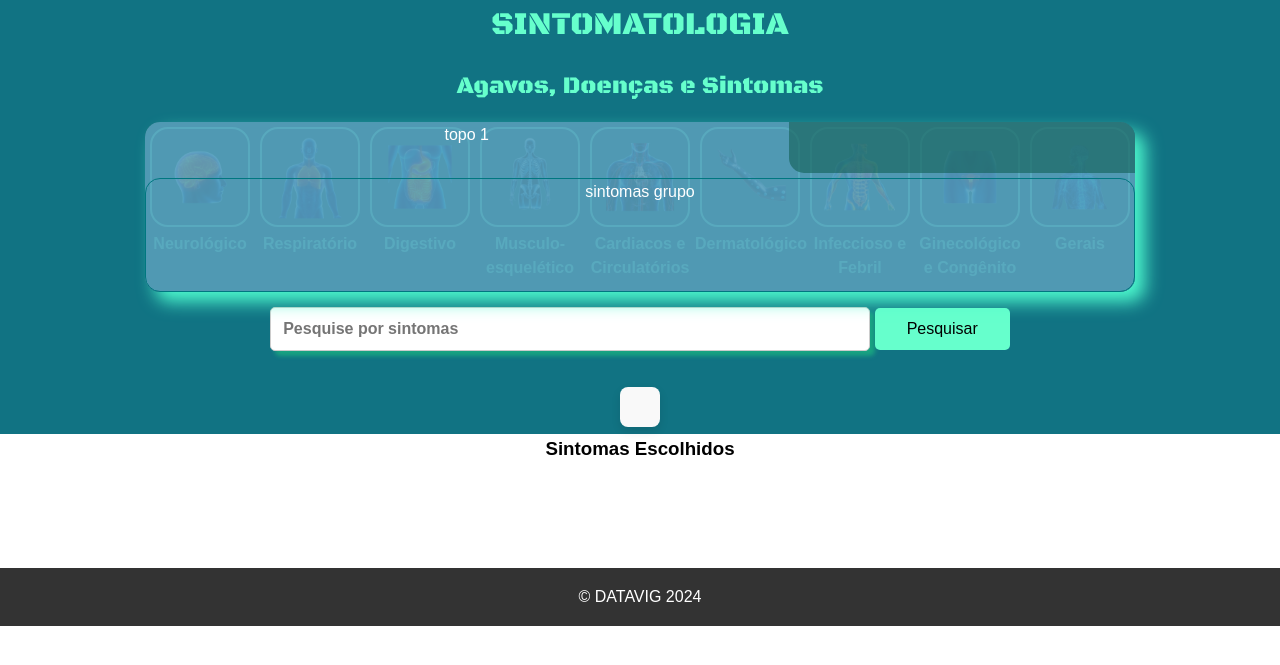
Repository: br-on/vigia
Page: index.html
These files come from the project's save history. The page is drawn as it stood at one moment and after the next save; the edit follows.
The browser window is 1280 px wide. The pictures show the whole page.
Some web fonts or font styles are not loaded; a fallback is used.

Above is the page before, as saved 2024-09-16 20:53:16.

### index.html
<!DOCTYPE html>
<html lang="pt-br">
<head>
  <meta charset="UTF-8">
  <meta name="viewport" content="width=device-width, initial-scale=1.0">
  <title>IA VIGILÂNCIA</title>
  <link rel="stylesheet" href="assets/style/style.css">
</head>
<body>
  <nav>
  </nav>
  <header class="search">
    <h1 class="black-ops-one-regular">SINTOMATOLOGIA</h1>
    <h2 class="black-ops-one-regular">Agavos, Doenças e Sintomas</h2>

    <div class="grupos-sintomas">

      <div class="base-div">
      <div id="neurologicos" class="grupo"><div class="grupo-sintoma"><img src="/assets/img/grupos/neurologico.png" alt=""></div><div class="nome-grupo electrolize-regular">Neurológico</div></div>
      <div id="respiratorios" class="grupo"><div class="grupo-sintoma"><img src="assets/img/grupos/respiratorio.png" alt=""></div><div class="nome-grupo electrolize-regular">Respiratório</div></div>
      <div id="digestivos" class="grupo"><div class="grupo-sintoma"><img src="assets/img/grupos/digestivo.png" alt=""></div><div class="nome-grupo electrolize-regular">Digestivo</div></div>
      <div id="musculoesqueleticos" class="grupo"><div class="grupo-sintoma"><img src="assets/img/grupos/musculoesqueletico.png" alt=""></div><div class="nome-grupo electrolize-regular">Musculo- esquelético</div></div>
      <div id="cardiacos-circulatorios" class="grupo"><div class="grupo-sintoma"><img src="assets/img/grupos/cardiaco.png" alt=""></div><div class="nome-grupo electrolize-regular">Cardiacos e Circulatórios</div></div>
      <div id="dermatologicos" class="grupo"><div class="grupo-sintoma"><img src="assets/img/grupos/dermatologico.png" alt=""></div><div class="nome-grupo electrolize-regular">Dermatológico</div></div>
      <div id="infecciosos-febris" class="grupo"><div class="grupo-sintoma"><img src="assets/img/grupos/infecciosofebril.png" alt=""></div><div class="nome-grupo electrolize-regular">Infeccioso e Febril</div></div>
      <div id="ginecologicos-congenitos" class="grupo"><div class="grupo-sintoma"><img src="assets/img/grupos/ginecologicocongentia.png" alt=""></div><div class="nome-grupo electrolize-regular">Ginecológico e Congênito</div></div>
      <div id="sistemicos-gerais" class="grupo"><div class="grupo-sintoma"><img src="assets/img/grupos/gerais.png" alt=""></div><div class="nome-grupo electrolize-regular">Gerais</div></div>
      </div>

      <div class="overlay-div">
        <div class="top-overlay-div">
          <div class="top-1">topo 1</div>
          <div class="top-2">

          </div>
        </div>
        <div class="sintomas-grupo">
        sintomas grupo
        </div>
      </div>


    </div><br>
    <input type="text" placeholder="Pesquise por sintomas" class="electrolize-regular" id="campo-pesquisa">
    <button onclick="pesquisar()">Pesquisar</button>
    <br>
    <div id="resultados-pesquisa" class="resultado-pesquisa-sintomas"></div>
  </header>
  <main>
    <center><h3>Sintomas Escolhidos</h3></center>
    <div id="sintomas-escolhidos">
      <!-- Sintomas escolhidos serão exibidos aqui -->
    </div>
    <br><br>
    <div id="resultados-doencas">
      <!-- Resultados das doenças serão exibidos aqui -->
    </div>
    <br><br>

  </main>
  <footer>
    <p>&copy; DATAVIG 2024</p>
  </footer>

  <script src="assets/script/sintomas.js"></script>
  <script src="assets/script/data.js"></script>
  <script src="assets/script/app.js"></script>
</body>
</html>

### assets/style/style.css
@import url('https://fonts.googleapis.com/css2?family=Black+Ops+One&display=swap');
@import url('https://fonts.googleapis.com/css2?family=Electrolize&display=swap');

* {
    margin: 0;
    padding: 0;
}

.black-ops-one-regular {
  font-family: "Black Ops One", system-ui;
  font-weight: 400;
  font-style: normal;
}

.electrolize-regular {
  font-family: "Electrolize", sans-serif;
  font-weight: 600;
  font-style: normal;
}

/* Estilos globais */
* {
    margin: 0;
    padding: 0;
    box-sizing: border-box;
}

html, body {
    height: 100%;
}

body {
    font-family: Arial, sans-serif;
    line-height: 1.6;
    margin: 0;
    padding: 0;

}

header, nav, footer {
    background-color: #333;
    color: #fff;
    text-align: center;
}

main {
    flex: 1;
}

h1, h2 {
    color: #66ffcc;
    margin-bottom: 1rem;
}

/* Estilo para o formulário de pesquisa */
.search {
    text-align: center;
    background-color: #117383;
}

.search input[type="text"] {
    margin-top: 15px;
    width: 600px;
    padding: 0.75rem;
    margin-bottom: 1rem;
    border: 1px solid #ccc;
    border-radius: 5px;
    font-size: 1rem;
    box-shadow: 5px 5px 4.5px #19a381;
}

.search button {
    padding: 0.75rem 2rem;
    background-color: #66ffcc;
    color: #000;
    border: none;
    border-radius: 5px;
    cursor: pointer;
    font-size: 1rem;
}

.search button:hover {
    background-color: #29a67c;
    color: rgb(255, 255, 255);
}

/* Estilo para resultados */
.results {
    padding: 2rem;
    background-color: #fff;
    text-align: center;
}

/* Estilo do rodapé */

footer {
    background-color: #333;
    color: white;
    padding: 1rem;
    text-align: center;
    position: relative;
    bottom: 0;
    width: 100%;
}

/* Media Queries para telas menores */
@media (max-width: 768px) {
    .search input[type="text"] {
        width: 95%;
    }

    .search button {
        width: 100%;
        margin-top: 1rem;
    }
}

@media (max-width: 480px) {
    h1 {
        font-size: 2rem;
    }

    h2 {
        font-size: 1.5rem;
    }

    footer {
        font-size: 0.9rem;
    }
}

/* Container principal dos resultados */
#resultados-pesquisa {

    max-height: 80vh; /* Limita a altura para que os resultados não ocupem a tela inteira */
    overflow-y: auto; /* Ativa a barra de rolagem vertical */
    padding: 20px;
    margin-top: 20px;
    border-radius: 8px;
    box-shadow: 0px 4px 10px rgba(0, 0, 0, 0.1); /* Sombra suave */
    background-color: #f9f9f9; /* Fundo claro */
}

/* Estilo dos itens de resultado */
.item-resultado {
    border: 3px solid #e0e0e0; /* Borda leve ao redor do item */
    border-radius: 8px; /* Bordas arredondadas */
    padding: 20px; /* Espaçamento interno */
    margin-bottom: 20px; /* Espaçamento entre os itens */
    background-color: #fff; /* Fundo branco para o item */
    box-shadow: 0px 4px 8px rgba(0, 0, 0, 0.05); /* Sombra leve */
    transition: transform 0.3s ease, box-shadow 0.3s ease; /* Transição suave */
}

/* Efeito hover nos itens */
.item-resultado:hover {
    transform: translateY(-5px); /* Eleva o item ao passar o mouse */
    box-shadow: 0px 6px 12px rgba(0, 0, 0, 0.15); /* Aumenta a sombra ao passar o mouse */
}

/* Título do item */
.item-resultado h2 {
    font-size: 1.8rem;
    margin-bottom: 10px;
    color: #333; /* Cor mais escura para o título */
    font-weight: bold;
}

/* Subtítulos (Descrição, Sintomas, etc.) */
.item-resultado h4 {
    font-size: 1.2rem;
    margin-top: 15px;
    margin-bottom: 8px;
    color: #555; /* Cor intermediária */
}

/* Texto descritivo */
.item-resultado .descricao-meta {
    font-size: 1rem;
    line-height: 1.5; /* Facilita a leitura */
    color: #666; /* Cor do texto */
    margin-bottom: 15px;
}

/* Links */
.item-resultado a {
    font-size: 1rem;
    color: #007bff; /* Cor azul padrão */
    text-decoration: none;
}

.item-resultado a:hover {
    text-decoration: underline; /* Sublinha ao passar o mouse */
}

/* Barra de rolagem estilizada */
#resultados-pesquisa::-webkit-scrollbar {
    width: 8px;
}

#resultados-pesquisa::-webkit-scrollbar-thumb {
    background-color: #888;
    border-radius: 10px;
}

#resultados-pesquisa::-webkit-scrollbar-thumb:hover {
    background-color: #555;
}


/* Adicione isto ao seu arquivo CSS */
#filtros-sintomas {
    width: 90%;
    margin: 0 auto; /* Centraliza a div horizontalmente */
    display: flex;
    flex-wrap: wrap; /* Faz com que os itens quebrem para a linha seguinte */
    gap: 10px; /* Espaço entre os itens */
    box-sizing: border-box;
}

#filtros-sintomas label {
    display: flex;
    align-items: center;
    margin-right: 10px; /* Espaço entre os labels */

}


.sintoma-item {
    padding: 10px;
    margin: 5px 0;
    border-radius: 5px;
    cursor: pointer;
    margin: 2px;
}

.sintoma-item:hover {
    opacity: 0.8;
}

#sintomas-escolhidos {
    display: inline-flex;
    flex-wrap: wrap;
    margin-top: 20px;
}

.sintoma-escolhido {
    background-color: #d4edda; /* Cor de fundo verde clara */
    border: 1px solid #c3e6cb;
    padding: 10px;
    margin: 5px 0;
    border-radius: 5px;
}

.resultado-pesquisa-sintomas {
    display: inline-flex;
    flex-wrap: wrap;
    align-items: center;
    justify-content: center;
}

.grupos-sintomas {
    position: relative;
    margin: 0 auto;
    display: inline-flex;
    flex-wrap: wrap;
    justify-content: center;
    align-items: flex-start;
    min-height: 170px;
    background-color: #0f5c5093;
    border-radius: 15px;
    box-shadow: 10px 10px 17px #4cf8cd;
}

/* Media Queries para telas menores */
@media (max-width: 768px) {
    .grupos-sintomas {
        width: 94.5%;
    }
}

.grupo:hover {
    cursor: pointer;
    .nome-grupo {
        margin-top: 18px;
        background-color: hsl(29, 100%, 42%);
    }
    .grupo-sintoma {
        height: 90px;
        width: 90px;
        transition: 0.5s;
        cursor: pointer;
        border-radius: 50%;
        background-color: hsl(29, 100%, 42%);
    }
  }
.grupo-sintoma {
    display: flex;
    justify-content: center;
    align-items: center;
    margin: 5px;
    width: 100px;
    height: 100px;
    border-radius: 18px;
    border: solid 2.5px #66ffcc;
}

.grupo-sintoma img {
    width: 90px;
    height: 90px;
    transition: width 0.3s ease-in-out, height 0.3s ease-in-out;
}

.grupo-sintoma img:hover {
    height: 130px;
    width: 130px;
    transition: all 0.5s ease; /* Suavizando a transição */
}

.nome-grupo {
    max-width: 110px;
    font-size: 1em;
    color: #66ffcc;
    line-height: 1.5;

}


/* background-color dos nomes dos grupos */
/* sem utilidade no momento */
    .bg-neurologicos {background-color: #88490d; }
    .bg-respiratorios {background-color: #26B63E; }
    .bg-digestivos {background-color: #060270;}
    .bg-musculoesqueleticos {background-color: #632e2e;}
    .bg-cardiacos-circulatorios {background-color: #D20103;}
    .bg-dermatologicos {background-color: #c63de9;}
    .bg-infecciosos-febris {background-color: #4419AA;}
    .bg-ginecologicos-congenitos {background-color: #3b0a49;}
    .bg-sistemicos-gerais {background-color: #2B5D9C;}


.base-div {
        display: inline-flex;
        flex-wrap: wrap;

        /* A altura será variável de acordo com o conteúdo */
}

.overlay-div {
    position: absolute;
    display: flex;
    flex-direction: column;
    width: 100%; /* A largura da div sobreposta será igual à da div base */
    height: 100%; /* A altura será igual à div base */
    background-color: rgba(87, 160, 189, 0.897); /* Cor com transparência */
    border-radius: 15px;
    transition: opacity 0.3s ease-in-out; /* Suavizando a transição de opacidade */
    //display: none;
}

.overlay-div[style*="display: flex"] {
    opacity: 1;
}

.top-overlay-div {
    height: 30%;
    display: flex;
}

.top-overlay-div .top-1 {
    width:65%;
}
.top-overlay-div .top-2 {
    width: 35%;
    background-color: #0f5c5093;
    border-bottom-left-radius: 15px;
    border-top-right-radius: 15px;
    display: flex;
    justify-content: center;cursor: pointer; /* Sinalizando que a div é clicável */
    transition: transform 0.3s ease-in-out; /* Transição suave ao mover para a top-2 */
}
.sintomas-grupo {
    border: solid 1px rgb(0, 119, 128);
    border-radius: 15px;
    margin-top: 5px;
    height: calc(70% - 5px);
}

### assets/script/app.js
document.addEventListener('DOMContentLoaded', function () {
    // Carregar sintomas iniciais (se necessário)
});

// Função para exibir os sintomas ao clicar em um grupo
function exibirSintomasPorGrupo(grupoId) {
    let resultadosSintomasDiv = document.getElementById("resultados-pesquisa");
    resultadosSintomasDiv.innerHTML = ""; // Limpar resultados anteriores

    // Obter sintomas já escolhidos
    let sintomasEscolhidos = Array.from(document.getElementById("sintomas-escolhidos").children)
        .map(div => div.textContent);

    // Filtrar sintomas pelo grupo clicado e que não foram escolhidos
    let sintomasEncontrados = dataSintomas.filter(sintoma =>
        sintoma.grupo_sintoma.toLowerCase() === grupoId.toLowerCase() &&
        !sintomasEscolhidos.includes(sintoma.titulo_sintoma)
    );

    if (sintomasEncontrados.length > 0) {
        sintomasEncontrados.forEach(sintoma => {
            let divSintoma = document.createElement('div');
            divSintoma.className = 'sintoma-item';
            divSintoma.style.backgroundColor = coresPorGrupo[grupoId.toLowerCase()] || '#ccc';
            divSintoma.textContent = sintoma.titulo_sintoma;
            divSintoma.addEventListener('click', () => adicionarSintomaEscolhido(sintoma, grupoId));
            resultadosSintomasDiv.appendChild(divSintoma);
        });
    } else {
        resultadosSintomasDiv.innerHTML = '<p>Nenhum sintoma encontrado para este grupo.</p>';
    }
}


// Função para configurar o clique nos grupos
function configurarEventosDeCliqueNosGrupos() {
    // Seleciona todas as divs de grupos de sintomas
    const grupos = document.querySelectorAll('.grupo');

    // Adiciona o evento de clique para cada grupo
    grupos.forEach(grupo => {
        grupo.addEventListener('click', () => {
            exibirSintomasPorGrupo(grupo.id); // Exibe sintomas ao clicar no grupo
        });
    });
}

// Chama essa função quando a página carrega
window.onload = configurarEventosDeCliqueNosGrupos;

// Função do botão pesquisar
function pesquisar() {
    let campoPesquisa = document.getElementById("campo-pesquisa").value.toLowerCase();
    let resultadosSintomasDiv = document.getElementById("resultados-pesquisa");
    resultadosSintomasDiv.innerHTML = ""; // Limpar resultados anteriores

    // Obter sintomas já escolhidos
    let sintomasEscolhidos = Array.from(document.getElementById("sintomas-escolhidos").children)
        .map(div => div.textContent);

    // Filtrar sintomas que correspondem ao texto digitado e que não foram escolhidos
    let sintomasEncontrados = dataSintomas.filter(sintoma =>
        (sintoma.titulo_sintoma.toLowerCase().includes(campoPesquisa) ||
        sintoma.grupo_sintoma.toLowerCase().includes(campoPesquisa)) &&
        !sintomasEscolhidos.includes(sintoma.titulo_sintoma)
    );

    sintomasEncontrados.forEach(sintoma => {
        let divSintoma = document.createElement('div');
        divSintoma.className = 'sintoma-item';

        let grupoId = sintoma.grupo_sintoma.toLowerCase().replace(/\s/g, '-');
        divSintoma.style.backgroundColor = coresPorGrupo[grupoId] || '#ccc';

        divSintoma.textContent = sintoma.titulo_sintoma;
        divSintoma.addEventListener('click', () => adicionarSintomaEscolhido(sintoma, grupoId));
        resultadosSintomasDiv.appendChild(divSintoma);
    });
}

function adicionarSintomaEscolhido(sintoma, grupoId) {
    let sintomasEscolhidosDiv = document.getElementById("sintomas-escolhidos");

    // Verifica se o sintoma já foi escolhido
    let sintomaJaEscolhido = Array.from(sintomasEscolhidosDiv.children).some(div => div.textContent === sintoma.titulo_sintoma);
    if (sintomaJaEscolhido) return; // Evita adicionar o mesmo sintoma mais de uma vez

    let divEscolhido = document.createElement('div');
    divEscolhido.className = 'sintoma-escolhido';
    divEscolhido.textContent = sintoma.titulo_sintoma;

    // Aplicar a cor do grupo ao sintoma escolhido
    divEscolhido.style.backgroundColor = coresPorGrupo[grupoId.toLowerCase()] || '#ccc';

    // Adiciona o evento de clique para remover o sintoma da lista escolhida
    divEscolhido.addEventListener('click', () => removerSintomaEscolhido(sintoma));

    sintomasEscolhidosDiv.appendChild(divEscolhido);

    // Remover o sintoma da lista de sintomas encontrados
    let sintomasEncontrados = document.querySelectorAll('#resultados-pesquisa .sintoma-item');
    sintomasEncontrados.forEach(item => {
        if (item.textContent === sintoma.titulo_sintoma) {
            item.remove();
        }
    });

    mostrarDoencasRelacionadas();
}

function removerSintomaEscolhido(sintoma) {
    let sintomasEscolhidosDiv = document.getElementById("sintomas-escolhidos");

    // Encontrar e remover o sintoma da lista de escolhidos
    Array.from(sintomasEscolhidosDiv.children).forEach(div => {
        if (div.textContent === sintoma.titulo_sintoma) {
            div.remove();
        }
    });

    // Reexibir o sintoma na lista de pesquisa ou na lista de grupo
    let resultadosSintomasDiv = document.getElementById("resultados-pesquisa");

    let divSintoma = document.createElement('div');
    divSintoma.className = 'sintoma-item';

    // Atribuir cor do grupo
    let grupoId = sintoma.grupo_sintoma.toLowerCase().replace(/\s/g, '-');
    divSintoma.style.backgroundColor = coresPorGrupo[grupoId] || '#ccc';

    divSintoma.textContent = sintoma.titulo_sintoma;
    divSintoma.addEventListener('click', () => adicionarSintomaEscolhido(sintoma, grupoId));
    resultadosSintomasDiv.appendChild(divSintoma);

    mostrarDoencasRelacionadas();
}

function mostrarDoencasRelacionadas() {
    let sintomasEscolhidosDiv = document.getElementById("sintomas-escolhidos");
    let sintomasEscolhidos = Array.from(sintomasEscolhidosDiv.children).map(div => div.textContent.trim().toLowerCase());

    let resultadosDoencasDiv = document.getElementById("resultados-doencas");
    resultadosDoencasDiv.innerHTML = ""; // Limpar resultados anteriores

    // Percorre cada doença no array dataDoencas
    dataDoencas.forEach(doenca => {
        // Divide os sintomas da doença em um array e remove espaços extras
        let sintomasDoenca = doenca.sintomas.toLowerCase().split(',').map(s => s.trim());

        // Verifica se todos os sintomas escolhidos estão incluídos nos sintomas da doença
        let correspondeSintomas = sintomasEscolhidos.every(sintomaEscolhido =>
            sintomasDoenca.includes(sintomaEscolhido)
        );

        // Se todos os sintomas escolhidos estiverem presentes, exibe a doença
        if (correspondeSintomas) {
            resultadosDoencasDiv.innerHTML += `
                <div class="item-resultado">
                    <center><h2 class="black-ops-one-regular">${doenca.titulo}</h2></center>
                    <h4 class="electrolize-regular">Descrição</h4>
                    <p class="descricao-meta">${doenca.descricao}</p>
                    <h4 class="electrolize-regular">Sintomas</h4>
                    <p class="descricao-meta">${doenca.sintomas}</p>
                    <h4 class="electrolize-regular">Prevenção</h4>
                    <p class="descricao-meta">${doenca.prevencao}</p>
                    <h4 class="electrolize-regular">Tratamento</h4>
                    <p class="descricao-meta">${doenca.tratamento}</p>
                    <a href="${doenca.link}" target="_blank">${doenca.link}</a>
                </div>
            `;
        }
    });
}

Loaded but not shown: assets/script/data.js (373 lines, source omitted); assets/script/sintomas.js (484 lines, source omitted)

After the next save:
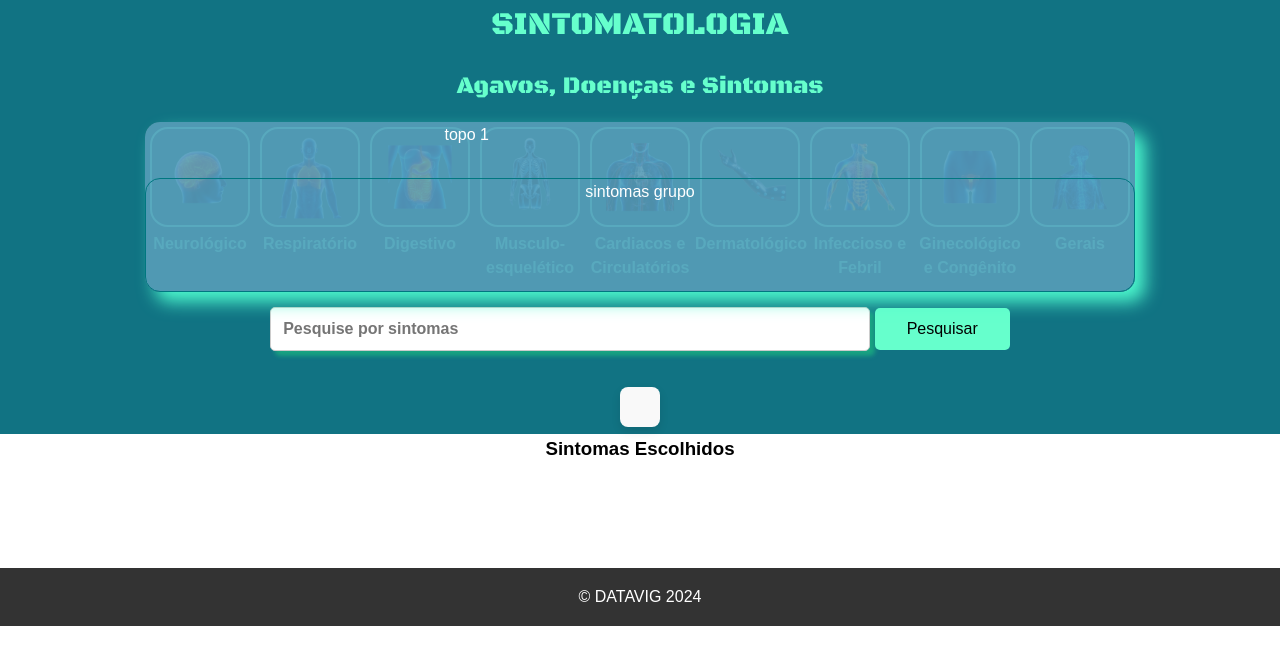
Saved 31 s later.
--- a/assets/style/style.css
+++ b/assets/style/style.css
@@ -370,15 +370,7 @@ footer {
 .top-overlay-div .top-1 {
     width:65%;
 }
-.top-overlay-div .top-2 {
-    width: 35%;
-    background-color: #0f5c5093;
-    border-bottom-left-radius: 15px;
-    border-top-right-radius: 15px;
-    display: flex;
-    justify-content: center;cursor: pointer; /* Sinalizando que a div é clicável */
-    transition: transform 0.3s ease-in-out; /* Transição suave ao mover para a top-2 */
-}
+
 .sintomas-grupo {
     border: solid 1px rgb(0, 119, 128);
     border-radius: 15px;
